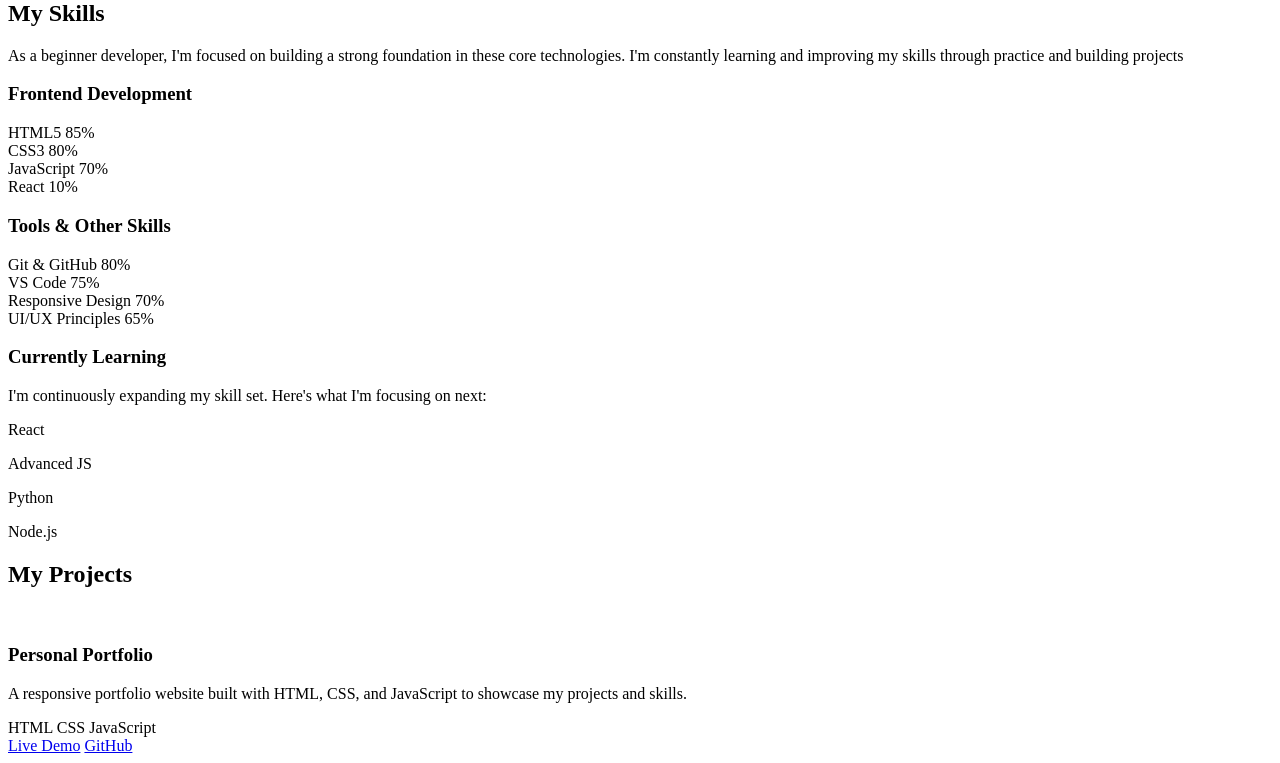
Repository: andajonas/ANDJON25111_fto2505_A_Anda-Jonas_CDV05
Page: index.html
The author's editor kept a copy of each file at every save. The page is drawn from the files as they stood at one save, then again after the next save.
The browser window is 1280 px wide. The pictures show the part of the page from y = 557 to 1320 px (the page is 1320 px tall).
A picture or video elsewhere on the page could not be fetched, so the positions and the page height are approximate.

Above is the page before, as saved 2025-09-19 17:38:51.

After the next save:
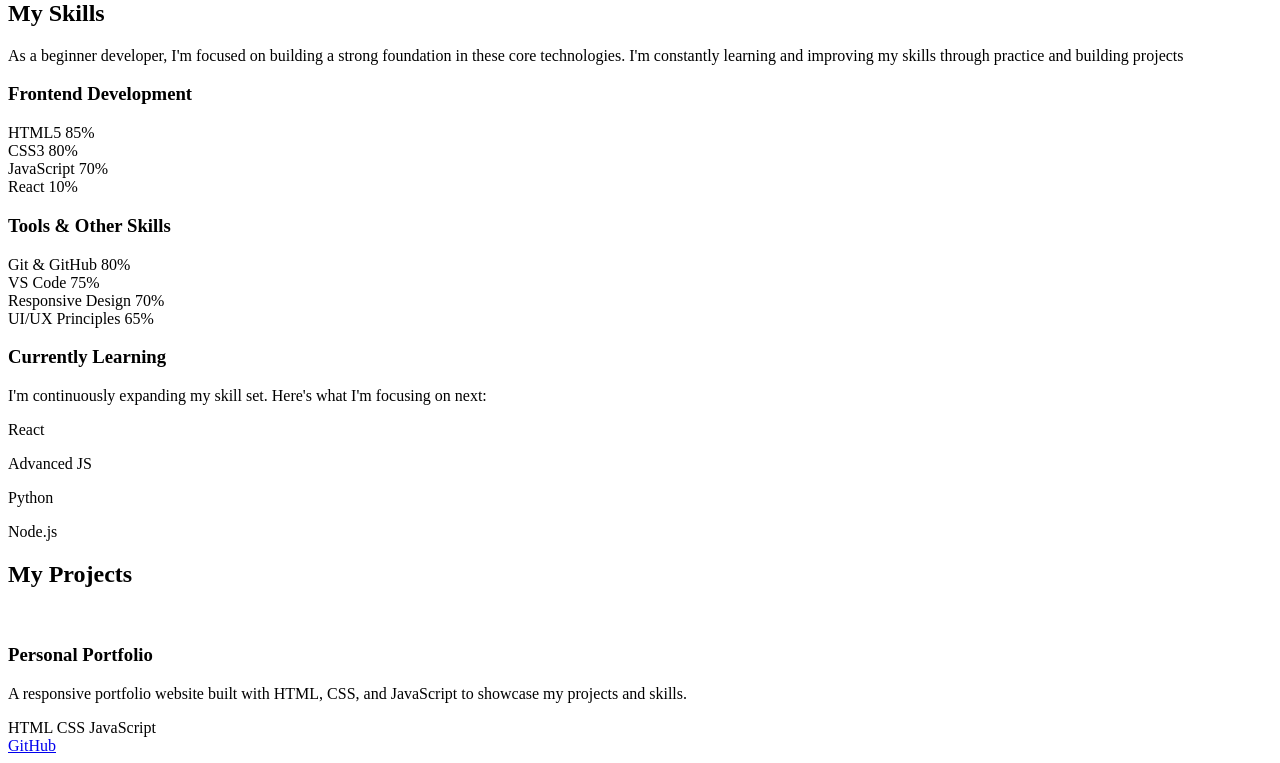
Saved 27 s later.
--- a/index.html
+++ b/index.html
@@ -171,7 +171,6 @@
                         <span>JavaScript</span>
                     </div>
                     <div class="project-links">
-                        <a href="#" class="btn">Live Demo</a>
                         <a href="#" class="btn btn-outline">GitHub</a>
                     </div>
                 </div>
